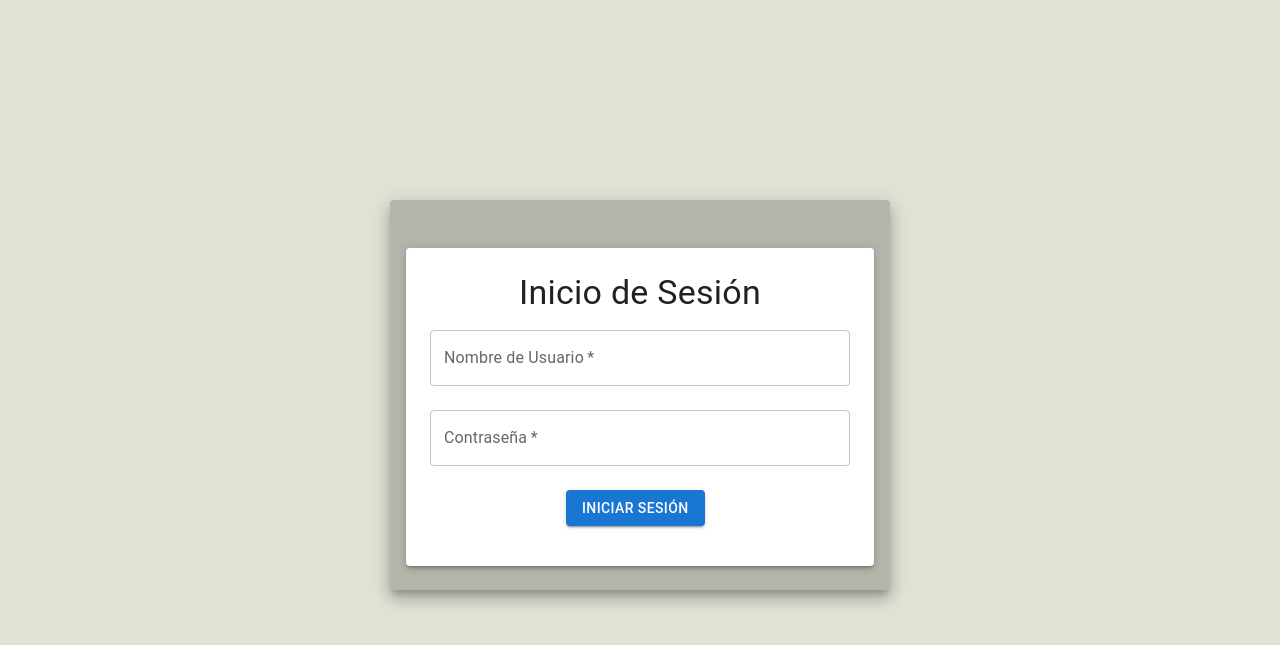
Repository: Mpablom/usuarioCaC-integrador-final-front
Page: /login
These files come from the project's save history. The page is drawn as it stood at one moment and after the next save; the edit follows.
The browser window is 1280 px wide. The pictures show the whole page.
The project was rebuilt for these pictures with package versions that can differ from the ones it lists, and the page was loaded fresh each time. Also part of the build but not shown: vite.config.ts, src/components/UsuariosTable.tsx.

Above is the page before, as saved 2024-07-11 00:35:34.

After the next save:
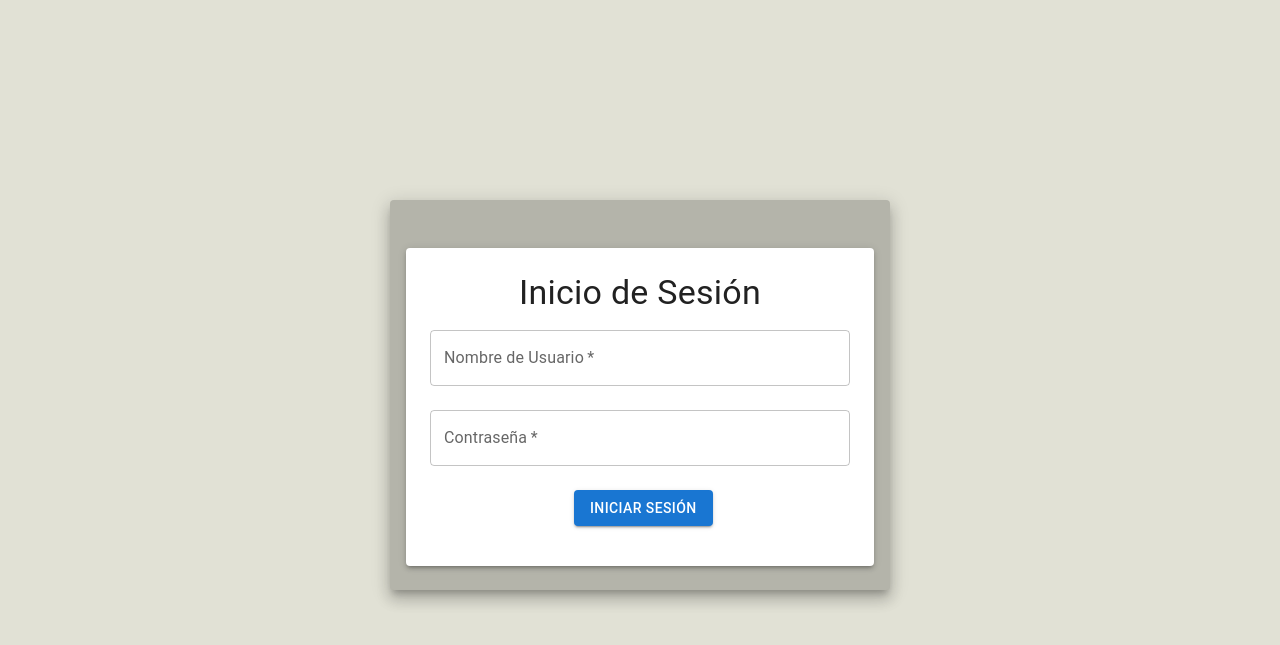
Saved 13 s later.
--- a/src/components/Login.tsx
+++ b/src/components/Login.tsx
@@ -69,7 +69,7 @@ const Login: React.FC = () => {
                 {error}
               </Typography>
             )}
-            <Button type="submit" variant="contained" color="primary" sx={{ ml:17,my: 2 }}>
+            <Button type="submit" variant="contained" color="primary" sx={{ ml:18,my: 2 }}>
               Iniciar Sesión
             </Button>
           </form>
